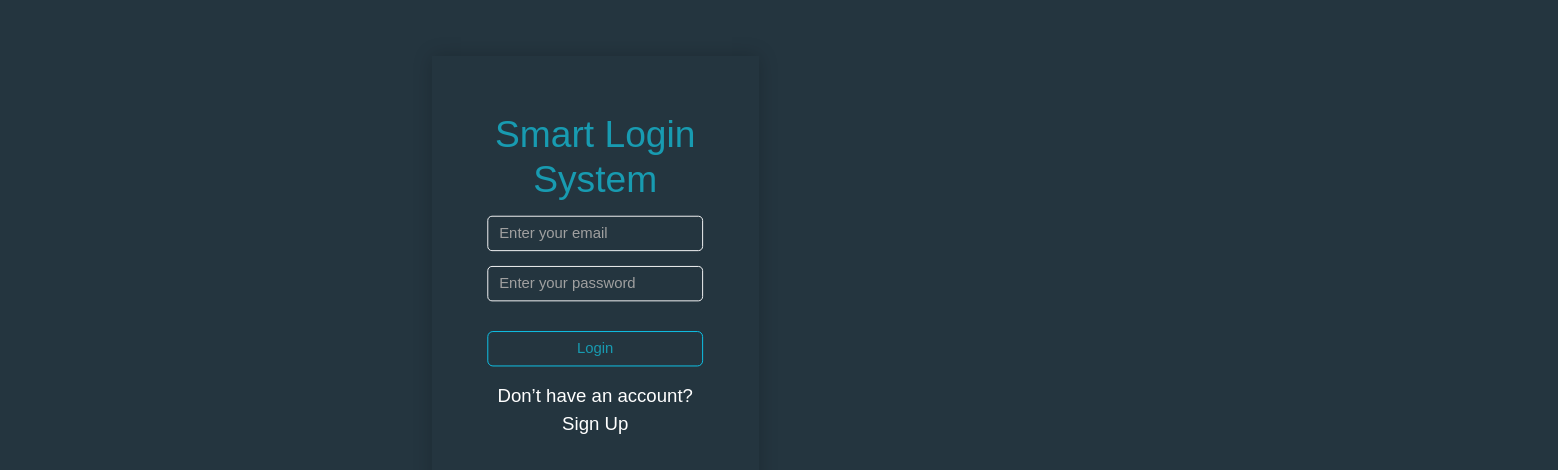
Repository: bodajava/TASK-4
Page: index.html
These files come from the project's save history. The page is drawn as it stood at one moment and after the next save; the edit follows.
The browser window is 1280 px wide. The page is 1280 px wide, then 1675 px, then 1280 px, so the pictures cover 1675 px, including what lies to the right of the window. The pictures show the whole page, at 93% of full size.

Above is the page before, as saved 2025-06-18 04:00:06.

### index.html
<!DOCTYPE html>
<html lang="en">
  <head>
    <link rel="stylesheet" href="CSS/all.min.css" />
    <link rel="stylesheet" href="CSS/bootstrap.css" />
    <link rel="stylesheet" href="CSS/style.css" />
    <meta charset="UTF-8" />
    <meta name="viewport" content="width=device-width, initial-scale=1.0" />
    <title>Document</title>
  </head>
  <body>
    <div id="item" class="container text-center">
      <div id="item2" class="m-auto w-75">
        <h1>Smart Login System</h1>
        <input
          type="text"
          class="form-control my-3"
          placeholder="Enter your email"
          id="signinEmail"
        />
        <input
          type="password"
          class="form-control my-3"
          placeholder="Enter your password"
          id="signinPassword"
        />
        <button class="btn btn-outline-info w-100 my-3">
          <a class="btnn" href="theerdIndex.html">Login</a>
        </button>
        <p class="paragraph">
          Don’t have an account?
          <a class="anchor" href="scoundIndex.html">Sign Up</a>
        </p>
      </div>
    </div>
    <script src="js/bootstrap.bundle.min.js"></script>
    <script src="js/index.js"></script>
  </body>
</html>

### CSS/style.css
* {
  padding: 0;
  margin: 0;
  box-sizing: border-box;
}

body {
  background-color: #24353f;
  display: flex;
  justify-content: center;
  align-items: center;
  font-family: Arial, sans-serif;
}

#item {
  margin-top: 60px;
  margin-left: 390px;
  margin-right: 390px;
  padding-left: 15px;
  padding-right: 15px;
}

#item2 {
  box-shadow: 0 0 20px rgba(0, 0, 0, 0.2);
  margin-left: 138.75px;
  margin-right: 138.75px;
  padding-left: 60px;
  padding-right: 60px;
  padding-top: 60px;
  padding-bottom: 60px;
}

h1 {
  color: #189bb1;
}

.anchor {
  text-decoration: none;
}

.anchor:hover {
  text-decoration: underline;
}

.paragraph {
  font-size: 20px;
  line-height: 30px;
  font-weight: 400;
  color: white;
}

.paragraph a {
  font-size: 20px;
  line-height: 30px;
  font-weight: 400;
  color: white;
}

.form-control {
  background-color: #24353f;
  border: 1px solid white;
  color: #fff;
  border-radius: 5px;
}

.form-control::placeholder {
  color: #a0a0a0;
}

.form-control:focus {
  background-color: #24353f;
  color: #fff;
  border-color: #189bb1;
  outline: none;
  box-shadow: none;
}

.btnn {
  text-decoration: none;
  color: #189bb1;
}

.btnn:hover {
  color: white;
}

#box {
  box-shadow: 0 0 20px rgba(0, 0, 0, 0.2);
}

Loaded but not shown: CSS/all.min.css (library); CSS/bootstrap.css (library); js/bootstrap.bundle.min.js (library); js/index.js (no copy from this time; the picture is the same without it)

After the next save:
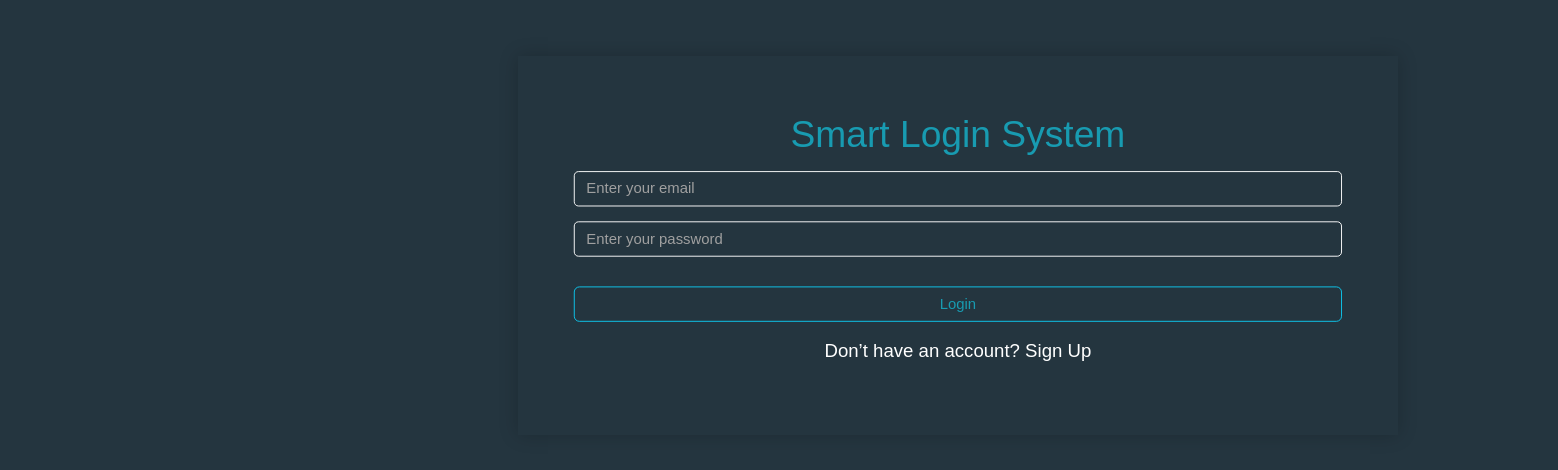
Saved 9 s later.
--- a/index.html
+++ b/index.html
@@ -9,28 +9,30 @@
     <title>Document</title>
   </head>
   <body>
-    <div id="item" class="container text-center">
-      <div id="item2" class="m-auto w-75">
-        <h1>Smart Login System</h1>
-        <input
-          type="text"
-          class="form-control my-3"
-          placeholder="Enter your email"
-          id="signinEmail"
-        />
-        <input
-          type="password"
-          class="form-control my-3"
-          placeholder="Enter your password"
-          id="signinPassword"
-        />
-        <button class="btn btn-outline-info w-100 my-3">
-          <a class="btnn" href="theerdIndex.html">Login</a>
-        </button>
-        <p class="paragraph">
-          Don’t have an account?
-          <a class="anchor" href="scoundIndex.html">Sign Up</a>
-        </p>
+    <div class="row">
+      <div id="item" class="container text-center">
+        <div id="item2" class="m-auto w-75">
+          <h1>Smart Login System</h1>
+          <input
+            type="text"
+            class="form-control my-3"
+            placeholder="Enter your email"
+            id="signinEmail"
+          />
+          <input
+            type="password"
+            class="form-control my-3"
+            placeholder="Enter your password"
+            id="signinPassword"
+          />
+          <button class="btn btn-outline-info w-100 my-3">
+            <a class="btnn" href="theerdIndex.html">Login</a>
+          </button>
+          <p class="paragraph">
+            Don’t have an account?
+            <a class="anchor" href="scoundIndex.html">Sign Up</a>
+          </p>
+        </div>
       </div>
     </div>
     <script src="js/bootstrap.bundle.min.js"></script>

After the save that followed:
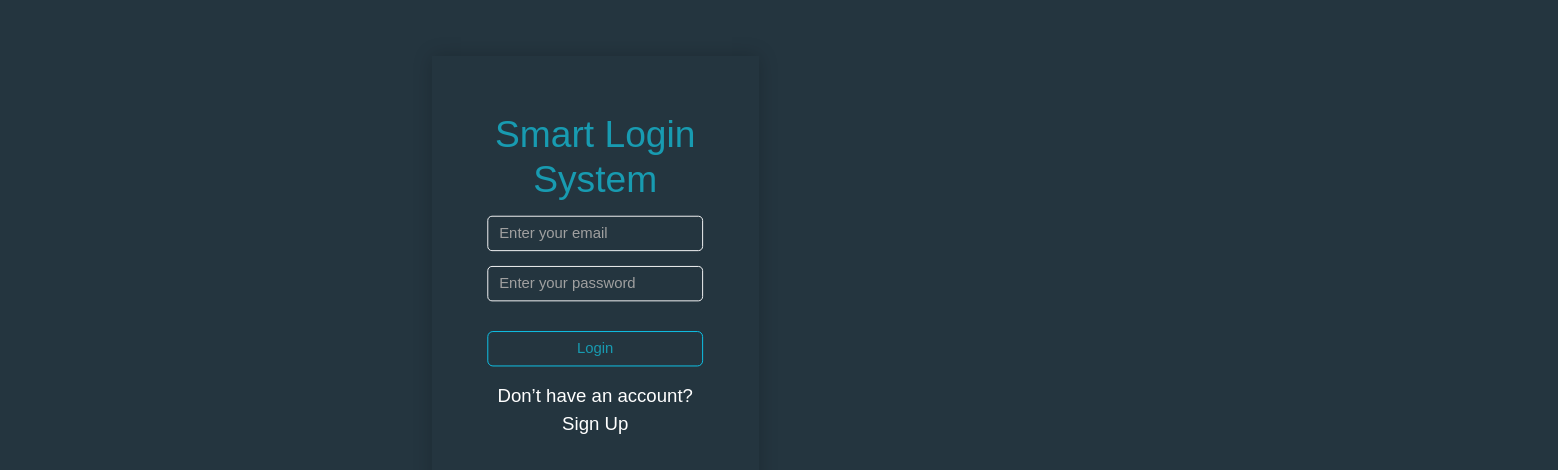
Saved 21 s later.
--- a/index.html
+++ b/index.html
@@ -9,30 +9,28 @@
     <title>Document</title>
   </head>
   <body>
-    <div class="row">
-      <div id="item" class="container text-center">
-        <div id="item2" class="m-auto w-75">
-          <h1>Smart Login System</h1>
-          <input
-            type="text"
-            class="form-control my-3"
-            placeholder="Enter your email"
-            id="signinEmail"
-          />
-          <input
-            type="password"
-            class="form-control my-3"
-            placeholder="Enter your password"
-            id="signinPassword"
-          />
-          <button class="btn btn-outline-info w-100 my-3">
-            <a class="btnn" href="theerdIndex.html">Login</a>
-          </button>
-          <p class="paragraph">
-            Don’t have an account?
-            <a class="anchor" href="scoundIndex.html">Sign Up</a>
-          </p>
-        </div>
+    <div id="item" class="container text-center">
+      <div id="item2" class="m-auto w-75">
+        <h1>Smart Login System</h1>
+        <input
+          type="text"
+          class="form-control my-3"
+          placeholder="Enter your email"
+          id="signinEmail"
+        />
+        <input
+          type="password"
+          class="form-control my-3"
+          placeholder="Enter your password"
+          id="signinPassword"
+        />
+        <button class="btn btn-outline-info w-100 my-3">
+          <a class="btnn" href="theerdIndex.html">Login</a>
+        </button>
+        <p class="paragraph">
+          Don’t have an account?
+          <a class="anchor" href="scoundIndex.html">Sign Up</a>
+        </p>
       </div>
     </div>
     <script src="js/bootstrap.bundle.min.js"></script>
